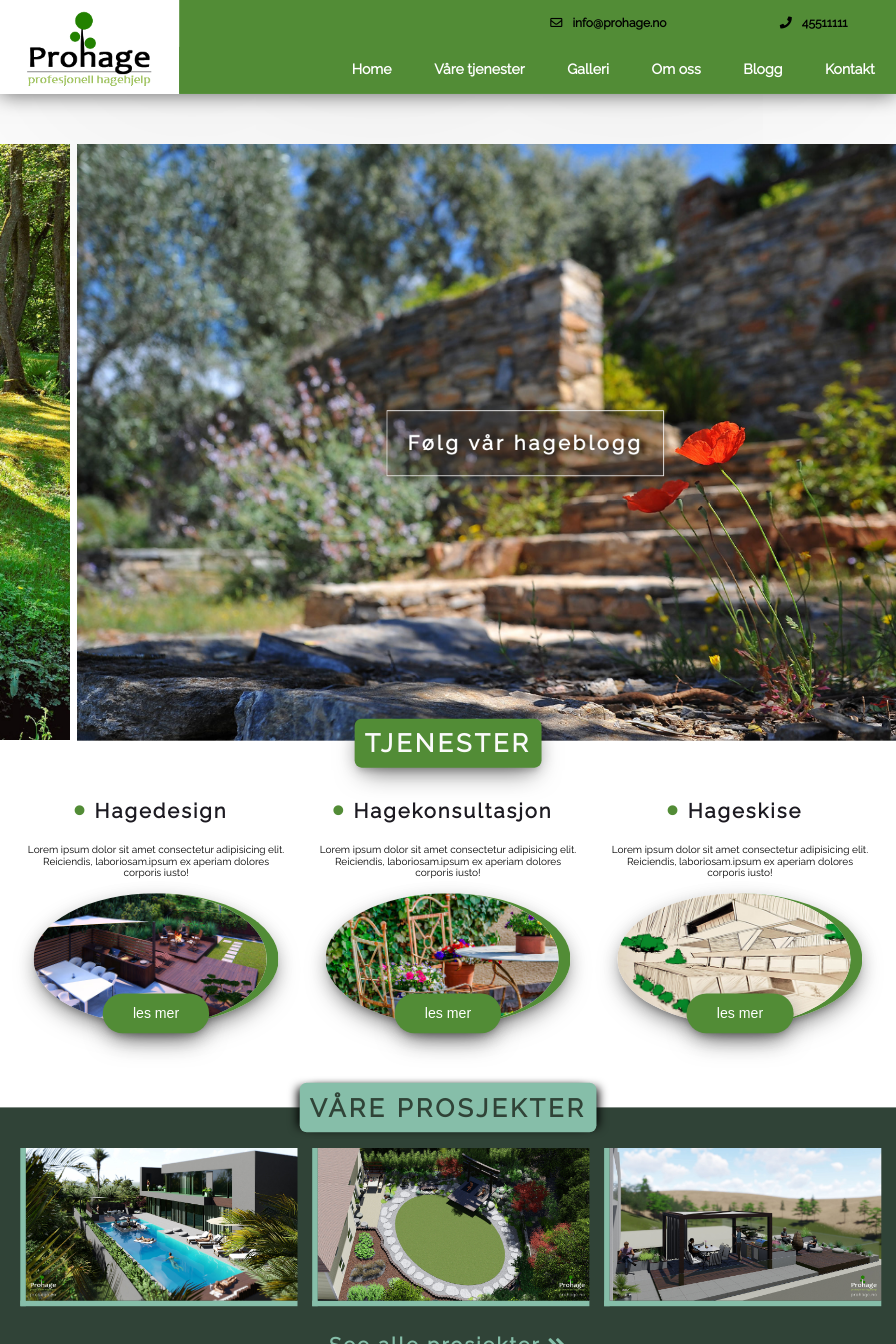
Repository: marinazzz/garden-design-website
Page: index.html
An editor plug-in stored every save of this project. The page is shown before and after the next save, followed by the edit.
The browser window is 1280 px wide. The pictures show the part of the page from y = 0 to 1920 px (the page is 2915 px tall before and 2800 px after), at 70% of full size.

Above is the page before, as saved 2020-04-03 10:10:39.

After the next save:
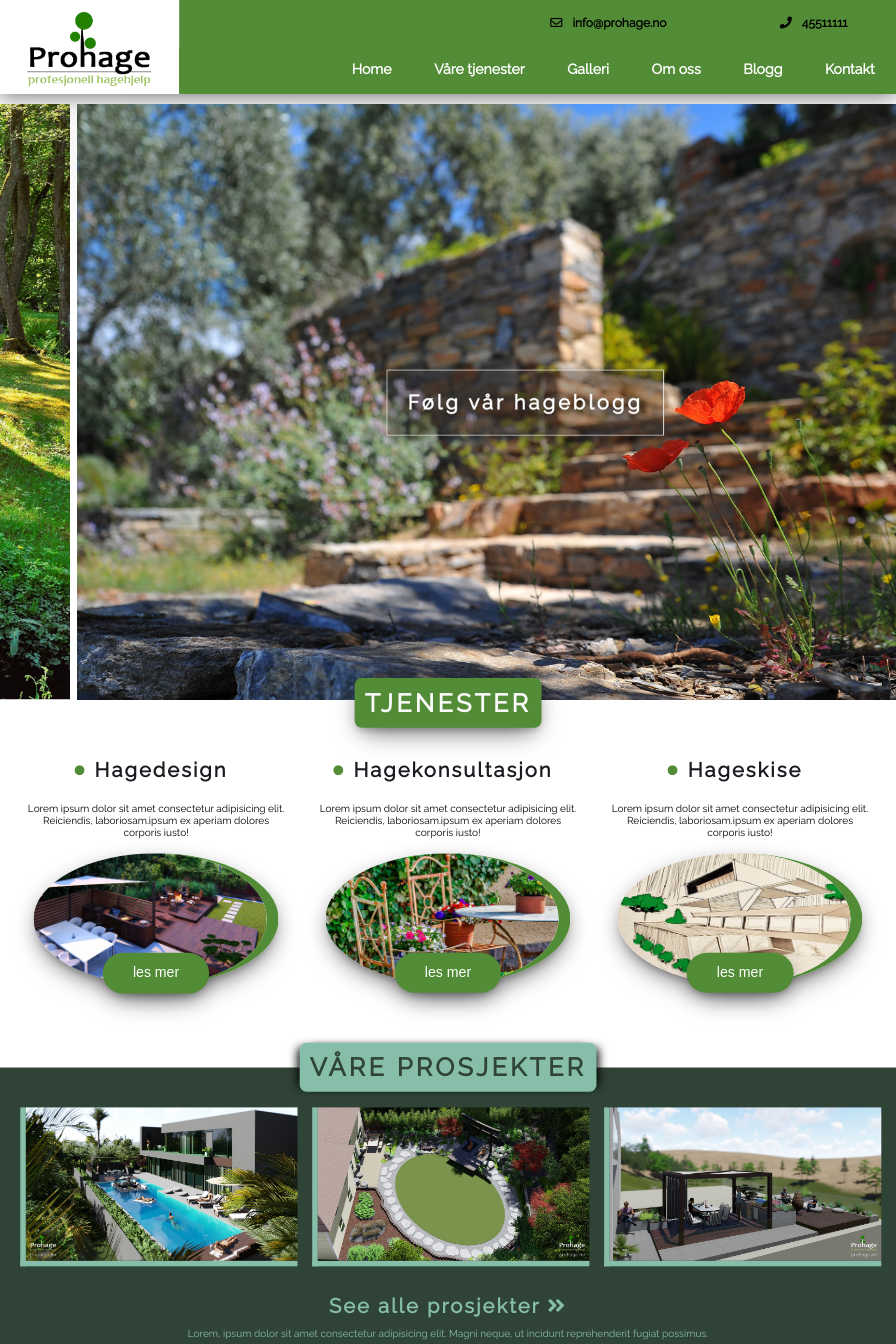
Saved 42 s later.
--- a/CSS/style.css
+++ b/CSS/style.css
@@ -406,10 +406,6 @@ body {
   margin-top: 5rem;
 }
 
-.glide {
-  padding-top: 4rem;
-}
-
 #reviews .glide__arrow  {
   font-size: 2rem;
   border-color: transparent;
